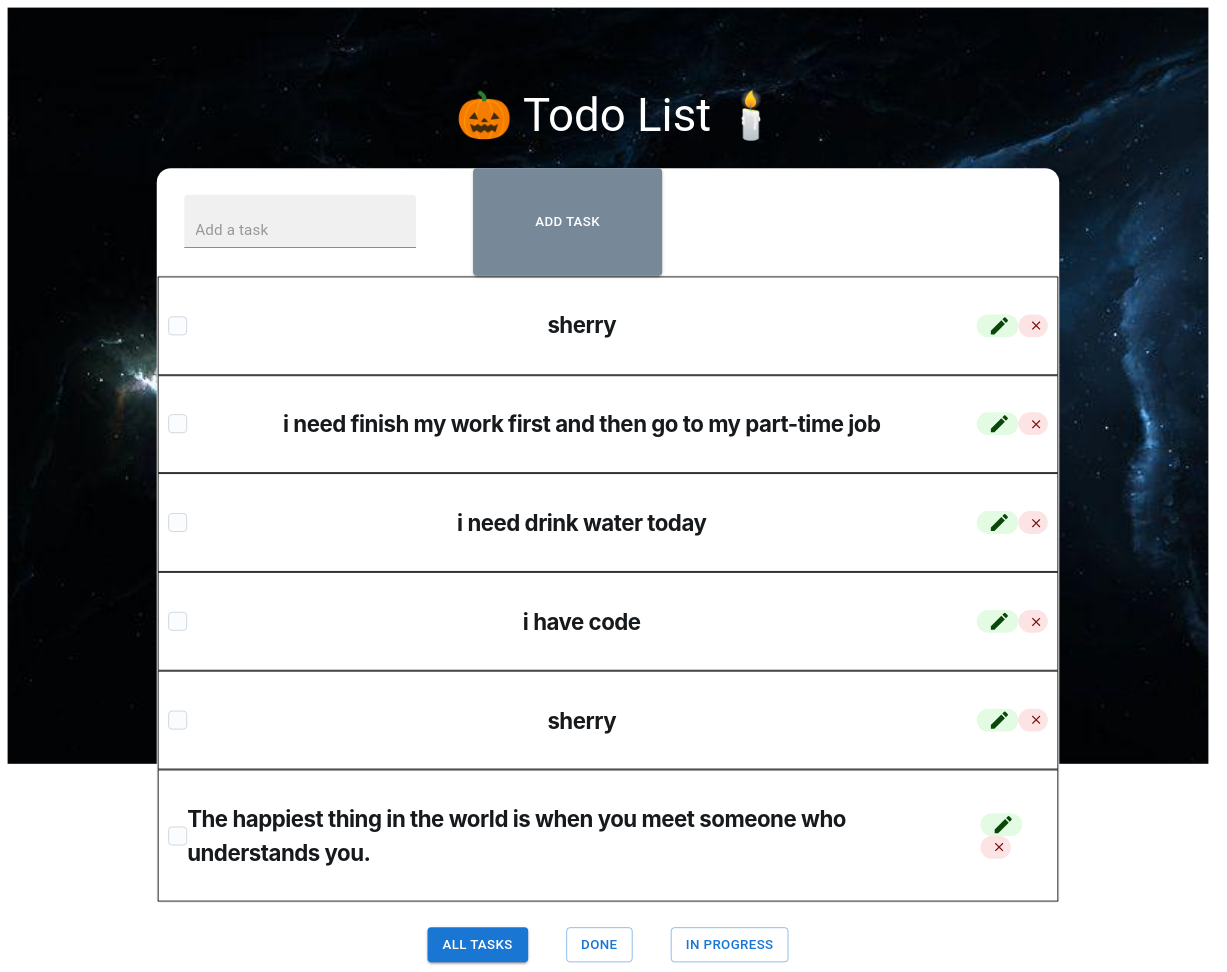
Repository: Tracy-maker/TodoList
Page: /
These files come from the project's save history. The page is drawn as it stood at one moment and after the next save; the edit follows.
The browser window is 1280 px wide. The page is 1292 px wide, so the pictures cover 1292 px, including what lies to the right of the window. The pictures show the whole page, at 95% of full size.
The project was rebuilt for these pictures with package versions that can differ from the ones it lists, and the page was loaded fresh each time. Requests to the local data server were answered from the project's data file. Also part of the build but not shown: src/components/TaskEdit.js.

Above is the page before, as saved 2023-09-20 12:03:11.

### public/index.html
<!DOCTYPE html>
<html lang="en">
  <head>
    <meta charset="utf-8" />
    <link rel="icon" href="%PUBLIC_URL%/favicon.ico" />
    <meta name="viewport" content="width=device-width, initial-scale=1" />
    <meta name="theme-color" content="#000000" />
    <meta
      name="description"
      content="Web site created using create-react-app"
    />
    <link rel="apple-touch-icon" href="%PUBLIC_URL%/logo192.png" />
    <!--
      manifest.json provides metadata used when your web app is installed on a
      user's mobile device or desktop. See https://developers.google.com/web/fundamentals/web-app-manifest/
    -->
    <link rel="manifest" href="%PUBLIC_URL%/manifest.json" />
    <link href="https://fonts.googleapis.com/css2?family=Montserrat:wght@300;400;500&amp;display=swap" rel="stylesheet">
    <!--
      Notice the use of %PUBLIC_URL% in the tags above.
      It will be replaced with the URL of the `public` folder during the build.
      Only files inside the `public` folder can be referenced from the HTML.

      Unlike "/favicon.ico" or "favicon.ico", "%PUBLIC_URL%/favicon.ico" will
      work correctly both with client-side routing and a non-root public URL.
      Learn how to configure a non-root public URL by running `npm run build`.
    -->
    <title>React App</title>
  </head>
  <body>
    <noscript>You need to enable JavaScript to run this app.</noscript>
    <div id="root"></div>
    <!--
      This HTML file is a template.
      If you open it directly in the browser, you will see an empty page.

      You can add webfonts, meta tags, or analytics to this file.
      The build step will place the bundled scripts into the <body> tag.

      To begin the development, run `npm start` or `yarn start`.
      To create a production bundle, use `npm run build` or `yarn build`.
    -->
  </body>
</html>

### src/App.js
import { useState, useEffect } from "react";
import axios from "axios";
import CreateTask from "./components/CreateTask";
import TaskList from "./components/TaskList";
import { Box, Stack } from "@mui/material";
import styled from "styled-components";
import Typography from "@mui/material/Typography";
import TaskButton from "./components/TaskButton";
import Image1 from "./image/7.jpg";

const StyledContainer = styled(Stack)`
  height: 100vh;
  width: 100%;
  display: flex;
  align-items: stretch;
  padding-top: 6%;
  background-image: url(${Image1});
  background-size: cover;
  background-repeat: no-repeat;
`;

const TaskForm = styled(Box)`
  margin-left: auto;
  margin-right: auto;
  width: 950px;
  background-color: white;
  border-radius: 15px;
  @media (max-width: 768px) {
    width: 100%;
  }
`;
const Title = styled(Typography)`
  color: white;
  margin: auto;
  width: 100%;
  padding: 10px;
  text-align: center;
`;

function App() {
  const [tasks, setTasks] = useState([]);
  const [filter, setFilter] = useState("all");

  const fetchTask = async () => {
    const response = await axios.get("http://localhost:3001/tasks");
    setTasks(response.data);
  };

  useEffect(() => {
    fetchTask();
  }, []);

  const createTask = async (title) => {
    const response = await axios.post("http://localhost:3001/tasks", {
      title,
      status: "inProgress",
    });
    const updatedTasks = [...tasks, response.data];
    setTasks(updatedTasks);
  };

  const deleteTasksById = async (id) => {
    await axios.delete(`http://localhost:3001/tasks/${id}`);
    const updatedTasks = tasks.filter((task) => {
      return task.id !== id;
    });
    setTasks(updatedTasks);
  };

  const editTaskById = async (id, newTitle) => {
    const response = await axios.put(`http://localhost:3001/tasks/${id}`, {
      title: newTitle,
    });

    const updatedTasks = tasks.map((task) => {
      if (task.id === id) {
        return {
          ...task,
          ...response.data,
        };
      }
      return tasks;
    });
    setTasks(updatedTasks);
  };

  const handleFilterTasks = (filter) => {
    setFilter(filter);
  };

  let filteredTasks = tasks;
  if (filter !== "all") {
    filteredTasks = tasks.filter((task) => task.status === filter);
  }

  const toggleCheckedBoxById = (id) => {
    const updatedTasks = tasks.map((task) => {
      if (task.id === id) {
        let nextStatus;
        if (task.status === "done") {
          nextStatus = "inProgress";
        } else {
          nextStatus = "done";
        }
        return {
          ...task,
          status: nextStatus,
        };
      }
      return task;
    });
    setTasks(updatedTasks);
  };

  return (
    <StyledContainer>
      <Title variant="h3" gutterBottom>
        🎃 Todo List 🕯️
      </Title>
      <TaskForm>
        <CreateTask onCreate={createTask} />
        <TaskList
          toggleCheckedBoxById={toggleCheckedBoxById}
          tasks={filteredTasks}
          onDelete={deleteTasksById}
          onEdit={editTaskById}
        />
        <TaskButton defaultValue={filter} onFilterChange={handleFilterTasks} />
      </TaskForm>
    </StyledContainer>
  );
}
export default App;

### src/components/CreateTask.js
import * as React from "react";
import Stack from "@mui/material/Stack";
import TextField from "@mui/material/TextField";
import Button from "@mui/material/Button";
import { useState } from "react";
import { styled } from "@mui/material";

const Input= styled(TextField)`
padding: 3%;
`


function CreateTask(props) {
  const [title, setTitle] = useState("");

  const handleChange = (event) => {
    setTitle(event.target.value);
  };

  const handleSubmit = (event) => {
    event.preventDefault();
    if (title.trim() !== "") {
      props.onCreate(title);
      setTitle("");
    }
  };

  return (
    <Stack onSubmit={handleSubmit} component="form" direction="row" spacing={4}>
      <Input
        value={title}
        onChange={handleChange}
        placeholder="Add a task"
        variant="filled"
      />
      <Button
        sx={{
          width: "25ch",
          backgroundColor: "#778899",
        }}
        type="submit"
        variant="contained"
      >
        Add Task
      </Button>
    </Stack>
  );
}

export default CreateTask;

### src/components/TaskList.js
import * as React from "react";
import { Paper, Box } from "@mui/material";
import TaskShow from "./TaskShow";



function TaskList(props) {

  const renderedTasksList = props.tasks.map((task) => {
    return (
      <TaskShow
        key={task.id}
        task={task}
        onDelete={props.onDelete}
        onEdit={props.onEdit}
        toggleCheckedBoxById={props.toggleCheckedBoxById}
      />
    );
  });

  return (
    <Box mb={2}>
      <Paper variant="outlined">{renderedTasksList}</Paper>
    </Box>
  );
}
export default TaskList;

### src/components/TaskButton.js
import * as React from "react";
import { Box, Button } from "@mui/material";
import styled from "styled-components";

const ButtonNavigationBar = styled(Box)`
  display: flex;
  justify-content: center;
  gap: 40px;
  padding: 10px;
`;

function TaskButton(props) {
  return (
    <ButtonNavigationBar>
      <Button
        variant={props.defaultValue === "all" ? "contained" : "outlined"}
        onClick={() => props.onFilterChange("all")}
      >
        All Tasks
      </Button>
      <Button
        variant={props.defaultValue === "done" ? "contained" : "outlined"}
        onClick={() => props.onFilterChange("done")}
      >
        Done
      </Button>
      <Button
        variant={props.defaultValue === "inProgress" ? "contained" : "outlined"}
        onClick={() => props.onFilterChange("inProgress")}
      >
        In Progress
      </Button>
    </ButtonNavigationBar>
  );
}
export default TaskButton;

### src/components/TaskShow.js
import * as React from "react";
import { useState } from "react";
import Typography from "@mui/joy/Typography";
import Checkbox from "@mui/joy/Checkbox";
import Chip from "@mui/joy/Chip";
import ChipDelete from "@mui/joy/ChipDelete";
import styled from "styled-components";
import { Box } from "@mui/material";
import EditIcon from "@mui/icons-material/Edit";
import TaskEdit from "./TaskEdit";

const TaskItem = styled(Box)`
  display: flex;
  justify-content: space-between;
  align-items: center;
  padding: 10px;
  border-style: solid;
  border-width: 1px;
`;

const Title = styled(Typography)`
  text-decoration: ${({ isDeleted }) => (isDeleted ? "line-through" : "none")};
`;

function TaskShow(props) {
  const [showEdit, setShowEdit] = useState(false);

  const handleEdit = () => {
    setShowEdit(!showEdit);
  };

  const handleSubmit = (id, newTitle) => {
    setShowEdit(false);
    props.onEdit(id, newTitle);
  };

  let content = <h3>{props.task.title}</h3>;
  if (showEdit) {
    content = <TaskEdit onSubmit={handleSubmit} task={props.task} />;
  }

  const handleDelete = () => {
    props.onDelete(props.task.id);
  };

  const handleCheckboxChange = () => {
    props.toggleCheckedBoxById(props.task.id);
  };

  return (
    <TaskItem>
      <Checkbox
        checked={props.task.status === "done"}
        onChange={handleCheckboxChange}
      />
      <Title isDeleted={props.task.status === "done"} level="h4">
        {content}
      </Title>
      <Box>
        <Chip
          variant="soft"
          color="success"
          onClick={handleEdit}
          endDecorator={<EditIcon />}
        />

        <Chip
          variant="soft"
          color="danger"
          endDecorator={<ChipDelete onClick={handleDelete} />}
        />
      </Box>
    </TaskItem>
  );
}

export default TaskShow;

### db.json
{
  "tasks": [
    {
      "title": "sherry",
      "status": "inProgress",
      "id": 1
    },
    {
      "title": "i need finish my work first and then go to my part-time job",
      "status": "inProgress",
      "id": 2
    },
    {
      "title": "i need drink water today",
      "status": "inProgress",
      "id": 3
    },
    {
      "title": "i have code",
      "status": "inProgress",
      "id": 4
    },
    {
      "title": "sherry",
      "status": "inProgress",
      "id": 5
    },
    {
      "title": "The happiest thing in the world is when you meet someone who understands you.",
      "status": "inProgress",
      "id": 6
    }
  ]
}

Loaded but not shown: src/index.js (common file)

After the next save:
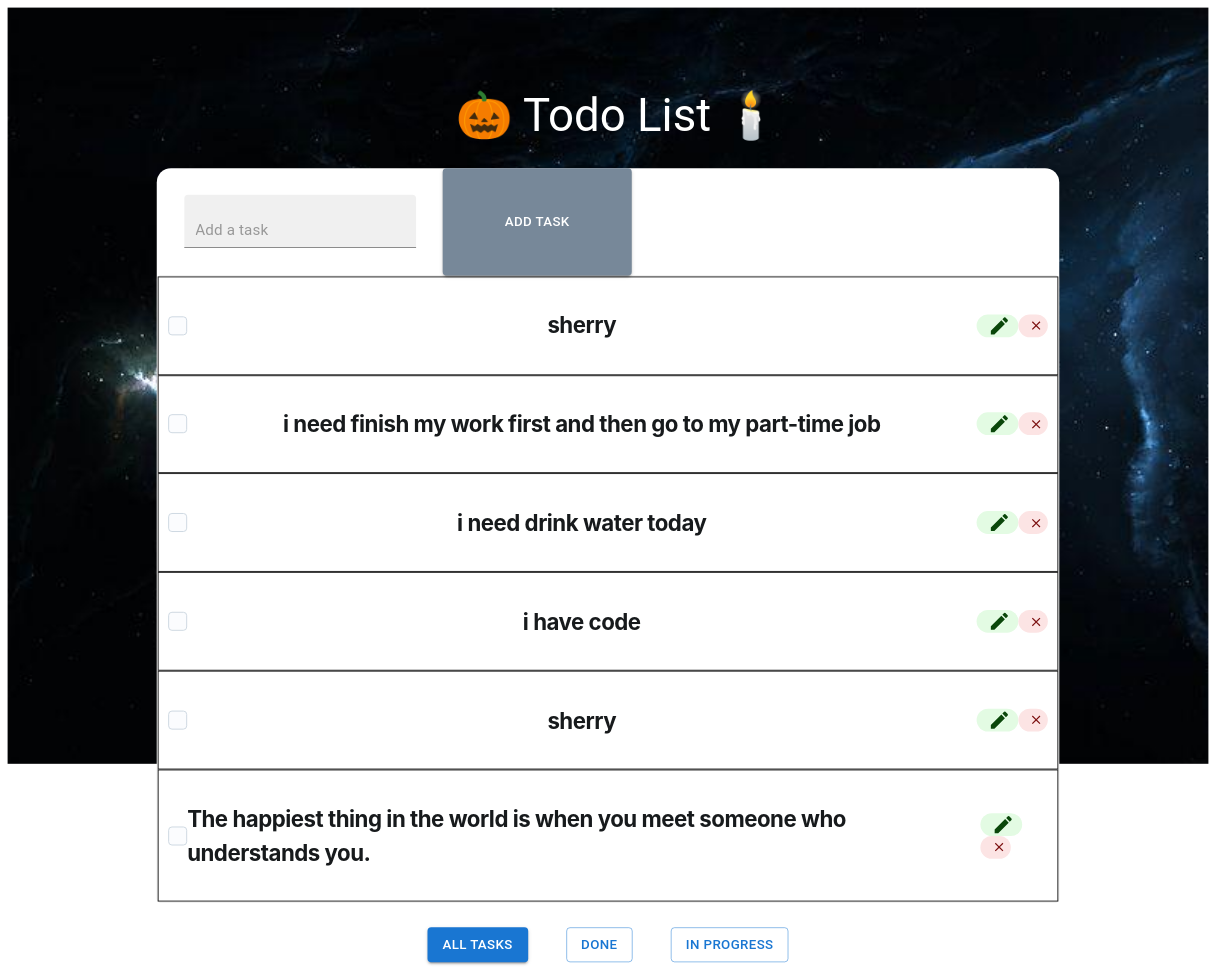
Saved 41 s later.
--- a/src/components/CreateTask.js
+++ b/src/components/CreateTask.js
@@ -26,7 +26,7 @@ function CreateTask(props) {
   };
 
   return (
-    <Stack onSubmit={handleSubmit} component="form" direction="row" spacing={4}>
+    <Stack onSubmit={handleSubmit} component="form" direction="row" >
       <Input
         value={title}
         onChange={handleChange}
